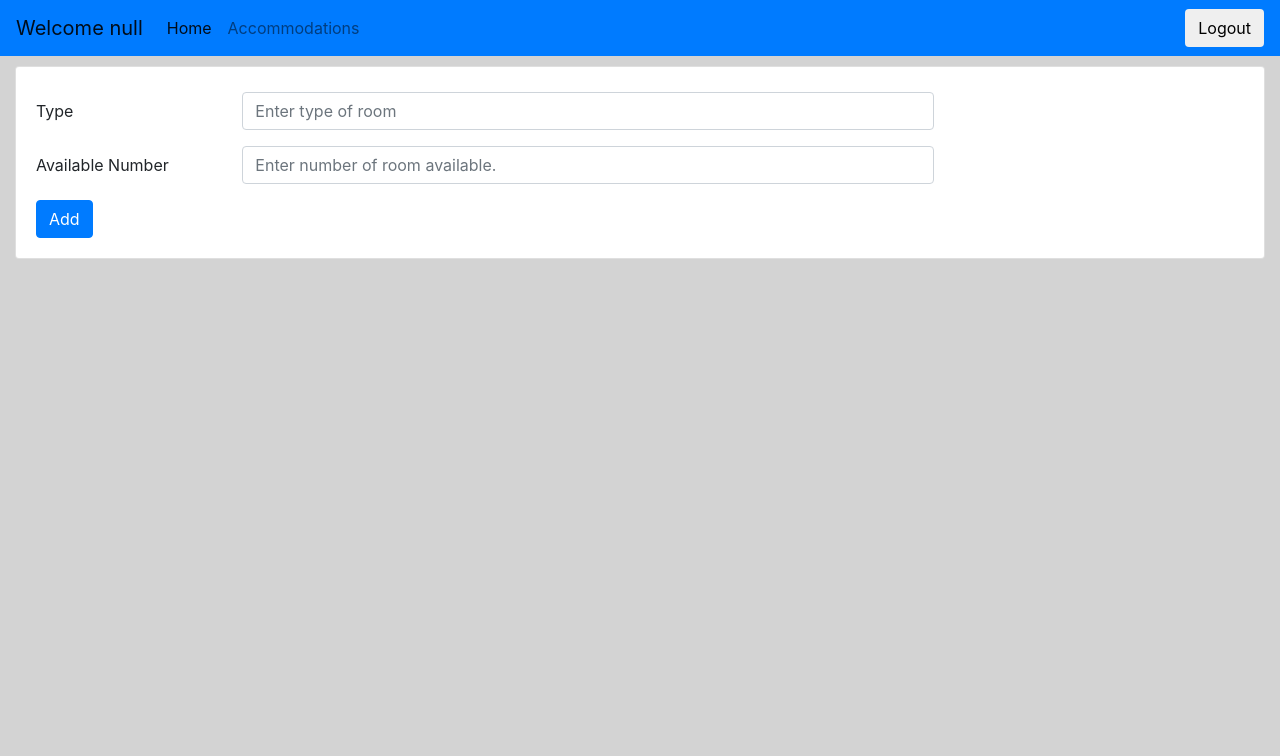
Repository: Bishodeep/AccommodationServlet
Page: http://localhost/AccomodationPortal/addaccommodation.jsp
An editor plug-in stored every save of this project. The page is shown before and after the next save, followed by the edit.
The browser window is 1280 px wide. The pictures show the whole page.
The page is served by Tomcat 9.

Above is the page before, as saved 2020-04-14 02:00:16.

After the next save:
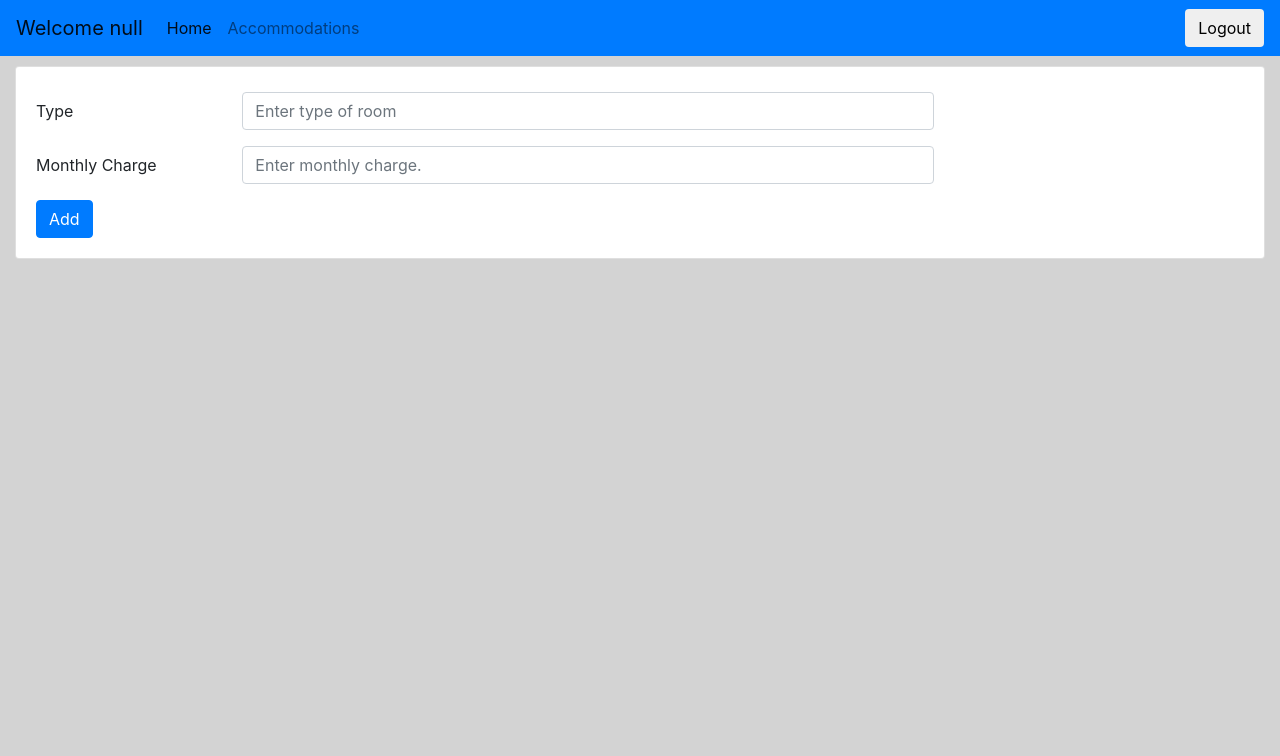
Saved 86 s later.
--- a/AccomodationPortal/WebContent/addaccommodation.jsp
+++ b/AccomodationPortal/WebContent/addaccommodation.jsp
@@ -21,11 +21,11 @@
 					</div>
 
 					<div class="form-group row">
-						<label for="available" class="col-sm-2 col-form-label">
-							Available Number</label>
+						<label for="charge" class="col-sm-2 col-form-label">
+							Monthly Charge</label>
 						<div class="col-sm-7">
-							<input type="text" class="form-control" name="available"
-								placeholder="Enter number of room available.">
+							<input type="text" class="form-control" name="charge"
+								placeholder="Enter monthly charge.">
 						</div>
 					</div>
 
